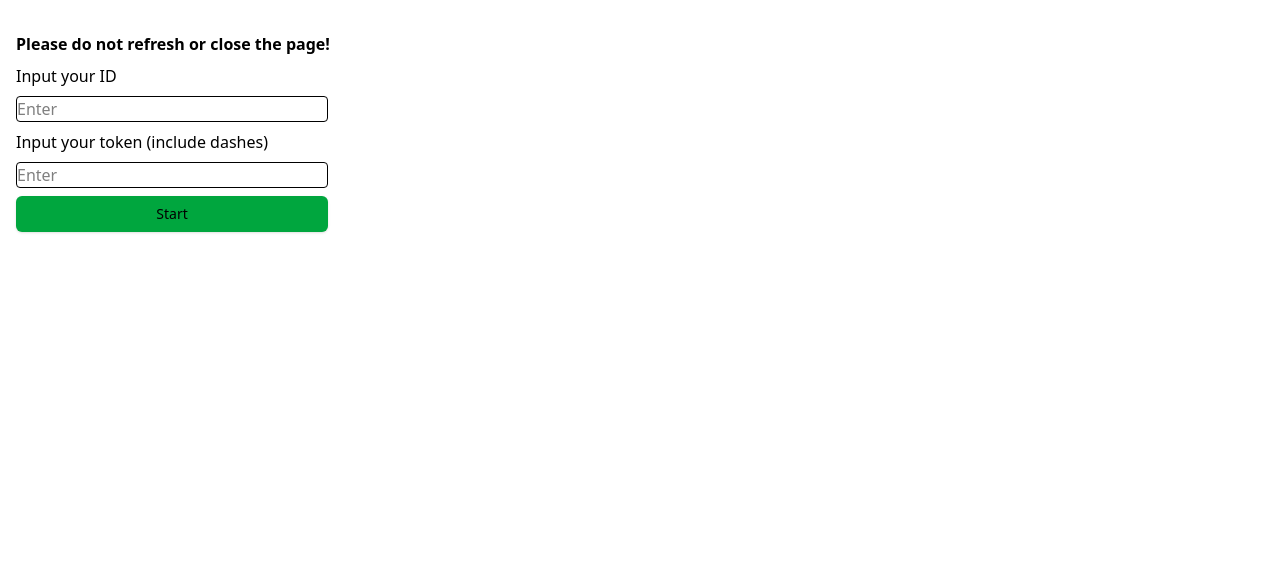
Repository: nnicholas-c/bundlegame_no_company
Page: /
An editor plug-in stored every save of this project. The page is shown before and after the next save, followed by the edit.
The browser window is 1280 px wide. The page is 1280 px wide, then 1288 px, so the pictures cover 1288 px, including what lies to the right of the window. The pictures show the whole page.
The project was rebuilt for these pictures with package versions that can differ from the ones it lists, and the page was loaded fresh each time. The framework's server and built-in components were replaced by stand-ins that run in the browser. Also part of the build but not shown: vite.config.js, src/routes/bundlegame.svelte, src/routes/order.svelte, src/routes/home.svelte.

Above is the page before, as saved 2025-11-21 01:05:54.

### src/routes/+page.svelte
<script>
    import { globalError } from "$lib/globalError.js"
    import Bundlegame from "./bundlegame.svelte";
    import { game, elapsed, resetTimer, earned, currLocation, id, logAction, GameOver, authUser, orderList, ordersShown, startTimer, finishedOrders, createNewUser, needsAuth, loadGame, remainingTime, FullTimeLimit } from "$lib/bundle.js";
    import { generateCompleteId } from "$lib/firebaseDB.js";
	import Home from "./home.svelte";
	import { onMount } from "svelte";
    import { queueNFixedOrders, getDistances } from "$lib/config.js";
    import '../app.css';

    $: inSelect = $game.inSelect;
	$: inStore = $game.inStore;
    $: bundled = $game.bundled;
    let userInput = '';
    let userPass = '';

    let started = false;
    let completed = ""
    let completed2 = ""
    async function start() {
        const auth = await authUser(userInput, userPass)
        if (auth === 1) {
            const user = await createNewUser(userInput)
            if (user != -1) {
                startTimer();
                resetTimer();
                $game.inSelect = true;
                $id = userInput
                started = true;
                $orderList = queueNFixedOrders(ordersShown)
                completed = generateCompleteId(userInput)
                completed2 = user
            }
        } else {
            alert("id and token do not match")
        }

    }

    async function startNoAuth() {
        const user = await loadGame()
        if (user != -1) {
            startTimer();
            resetTimer();
            $game.inSelect = true;
            started = true;
            $orderList = queueNFixedOrders(ordersShown)
        }
    }

    function handleClick(event) {
        if (needsAuth) {
            if (event.target.id === 'start' || event.target.id === 'addtobag') {
                return;
            }
            if (event.target.tagName == 'BUTTON') {
                let action = {
                    buttonID: event.target.id,
                    buttonContent: event.target.textContent.trim()
                }
                logAction(action)
            } else if (event.target.classList.contains("order-content")) {
                let action = {
                    buttonID: event.target.id,
                    buttonContent: event.target.textContent.trim()
                }
                logAction(action)
            }
        }
    }

    onMount(() => {
        window.addEventListener('click', handleClick)
        return () => {
            console.log("listener removed")
            window.removeEventListener('click', handleClick);
        };
    })
</script>

<div class="container mx-auto px-4 py-6">
{#if $globalError}
    <div class="text-red-600 font-bold bg-red-100 p-4 rounded">
        ⚠️ Error: {$globalError}
    </div>
{:else}
    {#if $GameOver}
        <div class="max-w-xl mx-auto p-6 bg-white rounded-lg shadow-md text-center space-y-6">
            <h3 class="text-2xl font-bold text-red-600">Game Over!</h3>

            <div>
                <h4 class="text-xl font-semibold text-gray-800">Your Stats:</h4>
                <ul class="list-disc list-inside text-left text-gray-700 mt-2 space-y-1">
                <li><span class="font-medium">Earnings:</span> ${$earned}</li>
                <li><span class="font-medium">Finished Orders:</span> {$finishedOrders.length}</li>
                </ul>
            </div>
            {#if needsAuth}
            <div class="bg-yellow-100 p-4 rounded border border-yellow-400">
                <h3 class="text-lg font-semibold text-yellow-800 mb-2">
                Please copy the following two codes back into the Qualtrics survey:
                </h3>
                <p class="text-gray-800">
                <span class="font-semibold">Code #1:</span><span class="text-blue-600 font-mono">{completed}</span>
                </p>
                <p class="text-gray-800">
                <span class="font-semibold">Code #2:</span><span class="text-blue-600 font-mono">{completed2}</span>
                </p>
            </div>

            <h5 class="text-sm text-gray-600">
                You may close this page once you have successfully continued to the next step in the survey.
            </h5>
            {/if}
        </div>
    {:else}
        <h4 class="font-bold py-2">Please do not refresh or close the page!</h4>
        {#if started}
            {#if $elapsed}
            <p><b>Time</b>: {$elapsed}s</p>
            {:else}
            <p><b>Time</b>: 0s</p>
            {/if}
            <p><b>Earned</b>: ${$earned}</p>
            <p><b>Location</b>: {$currLocation}</p>
        {/if}
        {#if !started}
            {#if needsAuth}
                <div class="flex flex-col gap-2 items-start">
                    <p>Input your ID</p>
                    <input class="w-1/4 border rounded" type="text" bind:value={userInput} placeholder="Enter" />
                    <p>Input your token (include dashes)</p>
                    <input class="w-1/4 border rounded" type="password" bind:value={userPass} placeholder="Enter" />
                    <button class="w-1/4 px-4 py-2 bg-green-600 hover:bg-green-700 text-sm font-medium rounded-md shadow-sm transition" id="start" onclick={start}>Start</button>
                </div>
            {:else}
                <button class="w-1/4 px-4 py-2 bg-green-600 hover:bg-green-700 text-sm font-medium rounded-md shadow-sm transition" id="start" onclick={startNoAuth}>Start</button>
            {/if}
        {:else if inSelect}
            <Home />
        {:else if inStore}
            <Bundlegame />
        {/if}
    {/if}
{/if}
</div>

### src/lib/globalError.js
import { writable } from 'svelte/store';

// The reactive error store
export const globalError = writable(null);

// Patch console.error (only runs once, on first import)
const originalConsoleError = console.error;

console.error = function (...args) {
  globalError.set(args.map(String).join(" "));
  originalConsoleError.apply(console, args);
};

### src/lib/config.js
let default_job = {}
let order_list = []

let id = 0;
let orderid = 0;

function gaussianRandom(mean, stdDev) {
    // Using the Box-Muller transform to generate a Gaussian-distributed random number
    let u1 = Math.random();
    let u2 = Math.random();
    let z0 = Math.sqrt(-2.0 * Math.log(u1)) * Math.cos(2.0 * Math.PI * u2);

    // Scale and shift to match the desired mean and standard deviation
    let randomFloat = z0 * stdDev + mean;

    // Round to the nearest integer
    let randomInt = Math.round(randomFloat);

    return randomInt;
}

export function switchJob(orders, stores) {
    order_list = orders
    default_job = stores
}

// TODO add way to pull from different JSON here
export function queueNFixedOrders(n) {
    console.log("queuing " + n + " orders")
    const next_orders = []
    for (let i = 0; i < n; i++) {
        next_orders.push(order_list[orderid])
        orderid += 1;
    }
    return next_orders
}

/* Returns the configuration for a store */
export function storeConfig(store) {
    let r = ""
    default_job["stores"].forEach((e) => {
        if (e["store"] === store) {
            r = e;
        }
    })
    return r;
}

export function getDistances(location) {
    return default_job["distances"][location]
}

### src/config.json
{
    "name": "Phase 1 Lab Configuration",
    "timeLimit": 1200,
    "thinkTime": 10,
    "gridSize": 3,
    "tips": false,
    "waiting": false,
    "refresh": false,
    "expire": false,
    "conditions": [
        {
            "name": "Shorter cell distances",
            "order_file": "order.json",
            "store_file": "stores1.json"
        },
        {
            "name": "Longer cell distances",
            "order_file": "order.json",
            "store_file": "stores2.json"
        }
    ],
    "auth": true
}

### src/lib/configs/stores1.json
{
    "stores": [
        {
            "store": "Target",
            "city": "Emeryville",
            "items": ["watermelon", "apple", "pineapple", "grape", "banana"],
            "locations": [
                ["Entrance", "Watermelon", ""],
                ["Apple", "Pineapple", ""],
                ["Grape", "Banana", ""]
            ],
            "cellDistance": 3000,
            "Entrance": [0, 0]
        },
        {
            "store": "Berkeley Bowl",
            "city": "Berkeley",
            "items": ["apple", "pineapple", "grape", "orange", "watermelon"],
            "locations": [
                ["Entrance", "Pineapple", "Watermelon"],
                ["Orange", "Apple", "Grape"],
                ["", "", ""]
            ],
            "cellDistance": 1000,
            "Entrance": [0, 0]
        },
        {
            "store": "Sprouts Farmers Market",
            "city": "Oakland",
            "items": ["apple", "watermelon", "pear", "kiwi", "pineapple", "grape", "orange"],
            "locations": [
                ["Apple", "Watermelon", "Pear"],
                ["Entrance", "Pineapple", "Kiwi"],
                ["Grape", "Orange", "Apple"]
            ],
            "cellDistance": 2000,
            "Entrance": [1, 0]
        },
        {
            "store": "Safeway",
            "city": "Piedmont",
            "items": ["apple", "watermelon", "orange"],
            "locations": [
                ["Entrance", "Watermelon", ""],
                ["Apple", "Orange", ""],
                ["", "", ""]
            ],
            "cellDistance": 2000,
            "Entrance": [0, 0]
        }
    ],
    "distances": {
        "Emeryville": {
            "destinations": ["Berkeley", "Oakland", "Piedmont"],
            "distances": [4, 2, 7]
        },
        "Berkeley": {
            "destinations": ["Emeryville", "Oakland", "Piedmont"],
            "distances": [4, 5, 4]
        },
        "Oakland": {
            "destinations": ["Emeryville", "Berkeley", "Piedmont"],
            "distances": [2, 5, 4]
        },
        "Piedmont": {
            "destinations": ["Emeryville", "Berkeley", "Oakland"],
            "distances": [7, 4, 4]
        }
    },
    "startinglocation": "Berkeley"

}

### src/lib/configs/stores2.json
{
    "stores": [
        {
            "store": "Target",
            "city": "Emeryville",
            "items": ["watermelon", "apple", "pineapple", "grape", "banana"],
            "locations": [
                ["Entrance", "Watermelon", ""],
                ["Apple", "Pineapple", ""],
                ["Grape", "Banana", ""]
            ],
            "cellDistance": 5000,
            "Entrance": [0, 0]
        },
        {
            "store": "Berkeley Bowl",
            "city": "Berkeley",
            "items": ["apple", "pineapple", "grape", "orange", "watermelon"],
            "locations": [
                ["Entrance", "Pineapple", "Watermelon"],
                ["Orange", "Apple", "Grape"],
                ["", "", ""]
            ],
            "cellDistance": 2000,
            "Entrance": [0, 0]
        },
        {
            "store": "Sprouts Farmers Market",
            "city": "Oakland",
            "items": ["apple", "watermelon", "pear", "kiwi", "pineapple", "grape", "orange"],
            "locations": [
                ["Apple", "Watermelon", "Pear"],
                ["Entrance", "Pineapple", "Kiwi"],
                ["Grape", "Orange", "Apple"]
            ],
            "cellDistance": 3000,
            "Entrance": [1, 0]
        },
        {
            "store": "Safeway",
            "city": "Piedmont",
            "items": ["apple", "watermelon", "orange"],
            "locations": [
                ["Entrance", "Watermelon", ""],
                ["Apple", "Orange", ""],
                ["", "", ""]
            ],
            "cellDistance": 3000,
            "Entrance": [0, 0]
        }
    ],
    "distances": {
        "Emeryville": {
            "destinations": ["Berkeley", "Oakland", "Piedmont"],
            "distances": [4, 2, 7]
        },
        "Berkeley": {
            "destinations": ["Emeryville", "Oakland", "Piedmont"],
            "distances": [4, 5, 4]
        },
        "Oakland": {
            "destinations": ["Emeryville", "Berkeley", "Piedmont"],
            "distances": [2, 5, 4]
        },
        "Piedmont": {
            "destinations": ["Emeryville", "Berkeley", "Oakland"],
            "distances": [7, 4, 4]
        }
    },
    "startinglocation": "Berkeley"

}

Loaded but not shown: src/app.html (common file); src/lib/bundle.js (library); src/lib/firebaseDB.js (library); src/app.css (common file); src/lib/configs/possibilities.json (20128 lines, source omitted); src/lib/configs/order.json (5776 lines, source omitted); src/lib/configs/optimal.json (1299 lines, source omitted); src/lib/firebaseConfig.js (no copy from this time; the picture is the same without it); src/routes/+layout.js (no copy from this time; the picture is the same without it)

After the next save:
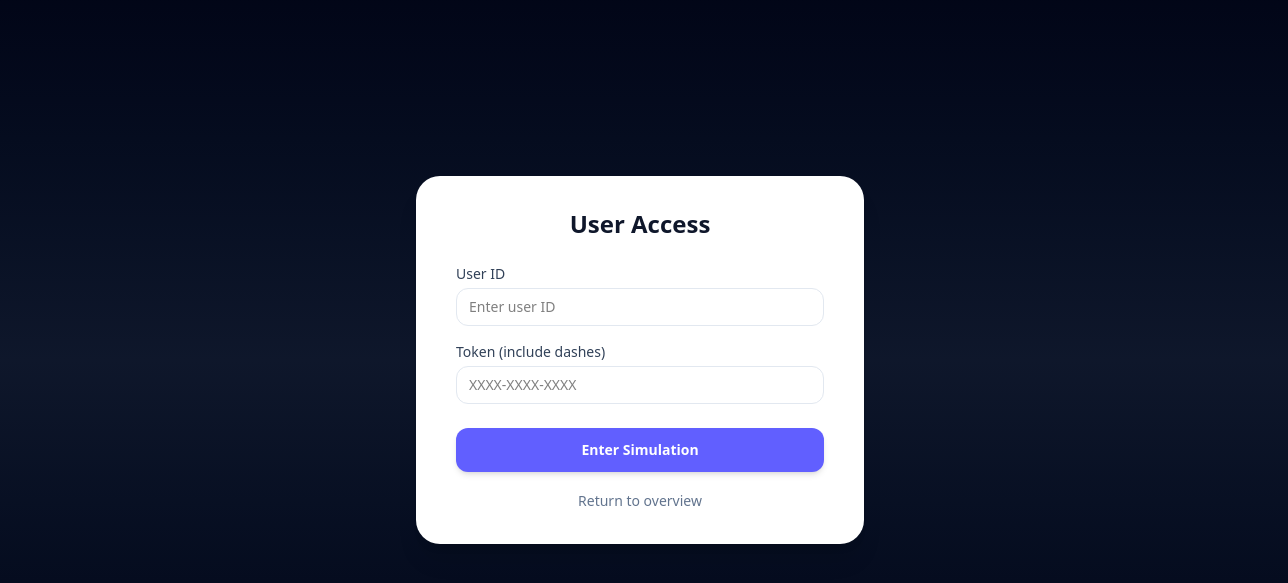
Saved 29 s later.
--- a/src/routes/+page.svelte
+++ b/src/routes/+page.svelte
@@ -114,32 +114,81 @@
             {/if}
         </div>
     {:else}
-        <h4 class="font-bold py-2">Please do not refresh or close the page!</h4>
-        {#if started}
-            {#if $elapsed}
-            <p><b>Time</b>: {$elapsed}s</p>
-            {:else}
-            <p><b>Time</b>: 0s</p>
+        {#if !started}
+            <!-- Login Screen -->
+            <div class="min-h-screen flex items-center justify-center bg-gradient-to-b from-slate-950 via-slate-900 to-slate-950 -m-6">
+                <div class="bg-white rounded-3xl shadow-xl px-10 py-8 w-full max-w-md">
+                    <h1 class="text-2xl font-semibold text-center mb-6 text-slate-900">User Access</h1>
+
+                    {#if needsAuth}
+                        <label class="block text-sm font-medium text-slate-700 mb-1">User ID</label>
+                        <input
+                            class="w-full mb-4 rounded-xl border border-slate-200 px-3 py-2 text-sm focus:outline-none focus:ring-2 focus:ring-indigo-500 focus:border-indigo-500"
+                            type="text"
+                            bind:value={userInput}
+                            placeholder="Enter user ID"
+                        />
+
+                        <label class="block text-sm font-medium text-slate-700 mb-1">Token (include dashes)</label>
+                        <input
+                            class="w-full mb-6 rounded-xl border border-slate-200 px-3 py-2 text-sm focus:outline-none focus:ring-2 focus:ring-indigo-500 focus:border-indigo-500"
+                            type="password"
+                            bind:value={userPass}
+                            placeholder="XXXX-XXXX-XXXX"
+                        />
+
+                        <button
+                            id="start"
+                            on:click={start}
+                            class="w-full mb-4 h-11 rounded-xl bg-indigo-500 hover:bg-indigo-600 text-white text-sm font-semibold shadow-md transition"
+                        >
+                            Enter Simulation
+                        </button>
+
+                        <button
+                            type="button"
+                            class="w-full text-center text-sm text-slate-500 hover:text-slate-700"
+                            on:click={() => window.location.href = '/'}
+                        >
+                            Return to overview
+                        </button>
+                    {:else}
+                        <button
+                            id="start"
+                            on:click={startNoAuth}
+                            class="w-full mb-4 h-11 rounded-xl bg-indigo-500 hover:bg-indigo-600 text-white text-sm font-semibold shadow-md transition"
+                        >
+                            Enter Simulation
+                        </button>
+                    {/if}
+                </div>
+            </div>
+        {:else}
+            <!-- Main Game View -->
+            <div class="mt-4 flex flex-wrap items-center gap-6 text-sm text-slate-800">
+                <span class="font-semibold text-red-500">Please do not refresh or close the page!</span>
+
+                {#if started}
+                    <div class="flex items-center gap-1">
+                        <span class="font-semibold">Time:</span>
+                        <span>{$remainingTime}s</span>
+                    </div>
+                    <div class="flex items-center gap-1">
+                        <span class="font-semibold">Earned:</span>
+                        <span>${$earned}</span>
+                    </div>
+                    <div class="flex items-center gap-1">
+                        <span class="font-semibold">Location:</span>
+                        <span>{$currLocation}</span>
+                    </div>
+                {/if}
+            </div>
+
+            {#if inSelect}
+                <Home />
+            {:else if inStore}
+                <Bundlegame />
             {/if}
-            <p><b>Earned</b>: ${$earned}</p>
-            <p><b>Location</b>: {$currLocation}</p>
-        {/if}
-        {#if !started}
-            {#if needsAuth}
-                <div class="flex flex-col gap-2 items-start">
-                    <p>Input your ID</p>
-                    <input class="w-1/4 border rounded" type="text" bind:value={userInput} placeholder="Enter" />
-                    <p>Input your token (include dashes)</p>
-                    <input class="w-1/4 border rounded" type="password" bind:value={userPass} placeholder="Enter" />
-                    <button class="w-1/4 px-4 py-2 bg-green-600 hover:bg-green-700 text-sm font-medium rounded-md shadow-sm transition" id="start" onclick={start}>Start</button>
-                </div>
-            {:else}
-                <button class="w-1/4 px-4 py-2 bg-green-600 hover:bg-green-700 text-sm font-medium rounded-md shadow-sm transition" id="start" onclick={startNoAuth}>Start</button>
-            {/if}
-        {:else if inSelect}
-            <Home />
-        {:else if inStore}
-            <Bundlegame />
         {/if}
     {/if}
 {/if}
